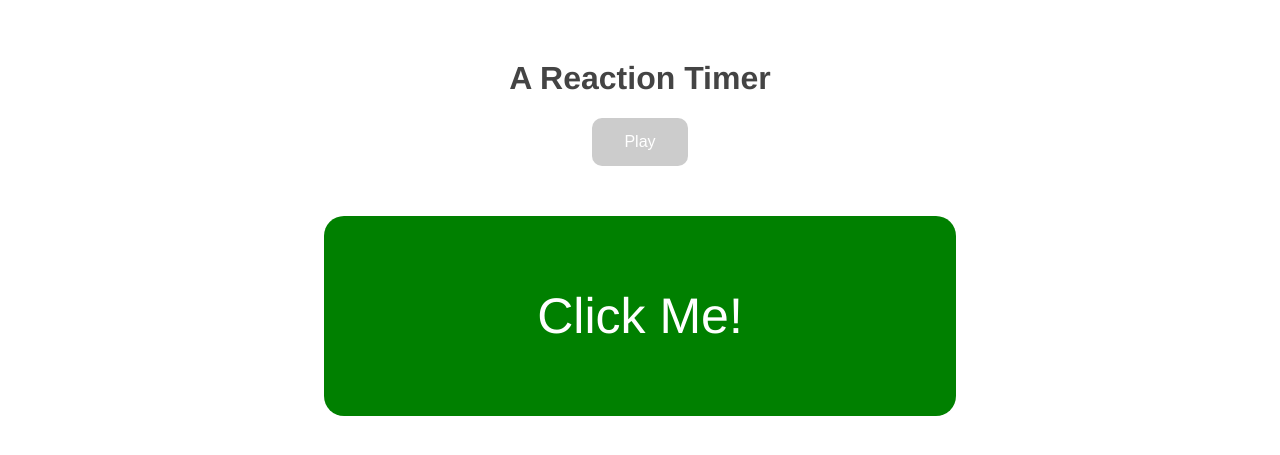
Repository: qudos4real/reaction-timer
Page: /, after clicking the first element matching `button`
These files come from the project's save history. The page is drawn as it stood at one moment and after the next save; the edit follows.
The browser window is 1280 px wide. The pictures show the whole page.
The project was rebuilt for these pictures with package versions that can differ from the ones it lists, and the page was loaded fresh each time. Also part of the build but not shown: vue.config.js, src/components/Results.vue.

Above is the page before, as saved 2022-12-28 15:43:39.

### src/App.vue
<template>
 <h1>A Reaction Timer</h1>
 <button class="btn" @click="start" v-bind:disabled="isPlaying">Play</button>
 <Block v-if="isPlaying" :delay="delay" @end="endGame"/>
 <Results v-if="showResult" :score="score" :resultList="resultList" @resetScores="resetScores"/>
</template>

<script>
import Block from './components/Block.vue';
import Results from './components/Results.vue';

export default {
  name: 'App',
  components: {
    Block,
    Results
  },
  data() {
    return {
      isPlaying: false,
      delay: null,
      score: null,
      showResult: false,
      resultList: []
    }
  },
  methods: {
    start() {
      this.isPlaying = true;
      this.delay = 1000 + Math.random() * 4000;
      this.isPlaying = true;
      this.showResult = false;
    },
    endGame(reactionTime) {
      this.isPlaying = false;
      this.score = reactionTime;
      this.showResult = true;
      this.resultList.push(reactionTime);
    },
    resetScores() {
      this.resultList = [];
    }
  }
}
</script>

<style>
#app {
  font-family: Avenir, Helvetica, Arial, sans-serif;
  -webkit-font-smoothing: antialiased;
  -moz-osx-font-smoothing: grayscale;
  text-align: center;
  color: #444;
  margin-top: 60px;
}
.btn {
  background-color: #4CAF50;
  border: none;
  color: white;
  padding: 15px 32px;
  text-align: center;
  font-size: 16px;
  cursor: pointer;
  border-radius: 10px;
}
.btn:disabled {
  background-color: #ccc;
  cursor: not-allowed;
}
</style>

### src/components/Block.vue
<template>
    <div class="block" v-if="showBlock" @click="stopTimer">
        Click Me!
        </div>
</template>

<script>
import { react } from '@babel/types';

export default {
props: ['delay',],
data() {
    return {
        showBlock: false,
        timer: null,
        reactionTime: 0
    }
},
mounted() {
    setTimeout(() => {
        this.showBlock = true;
        this.startTimer()
    }, this.delay);
},
methods: {
  startTimer() {
    this.timer = setInterval (() => {
        this.reactionTime += 10;
    }, 10);
  },
  stopTimer() {
    // this.showBlock = false;
    clearInterval(this.timer);
    this.$emit('end', this.reactionTime);
  }
}
}
</script>

<style>
.block {
    width: 50%;
    border-radius: 20px;
    text-align: center;
    margin: 50px auto;
    line-height: 200px;
    background-color: green;
    color: white;
    font-size: 50px;
    cursor: pointer;
}
</style>

Loaded but not shown: public/index.html (common file); src/main.js (common file)

After the next save:
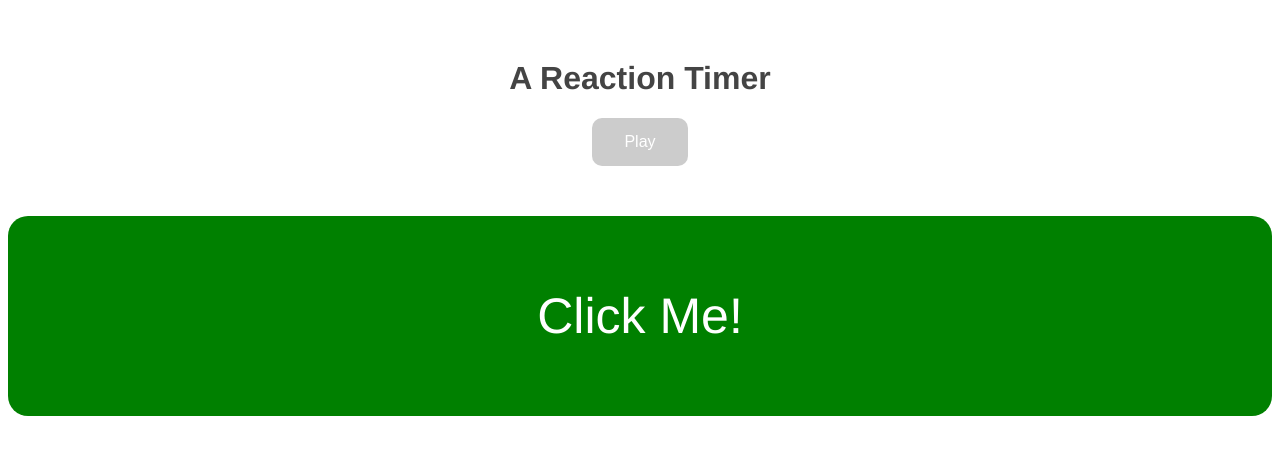
Saved 28 s later.
--- a/src/components/Block.vue
+++ b/src/components/Block.vue
@@ -39,7 +39,7 @@ methods: {
 
 <style>
 .block {
-    width: 50%;
+    width: 100%;
     border-radius: 20px;
     text-align: center;
     margin: 50px auto;
